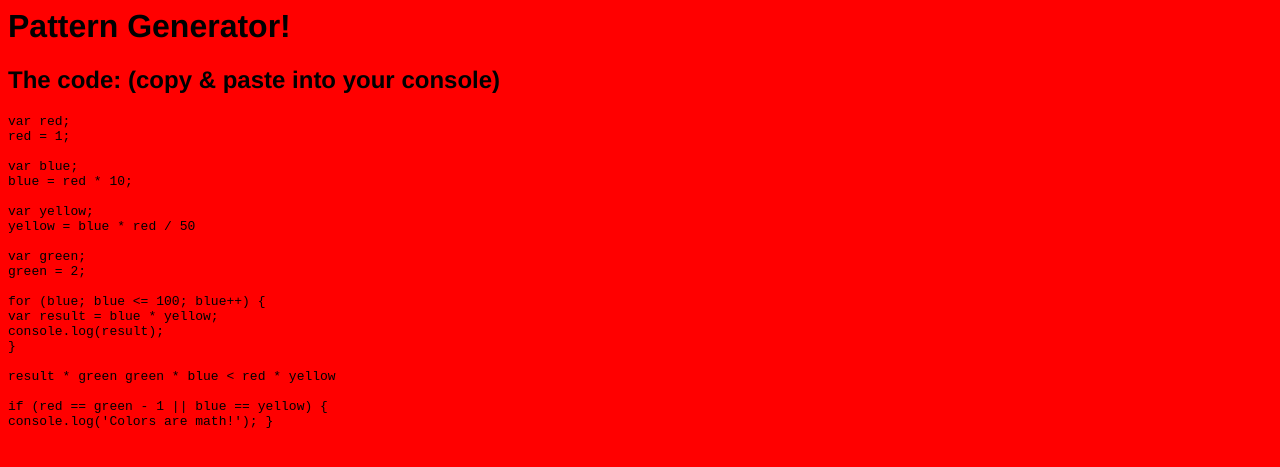
Repository: simonekurtz/simonekurtz.github.io
Page: 4ASGN_JAVA1/index.html
The author's editor kept a record of every edit. The page is drawn from the files as they stood at one moment, then again after the next edit.
The browser window is 1280 px wide. The pictures show the whole page.

Above is the page before.

After the next edit:
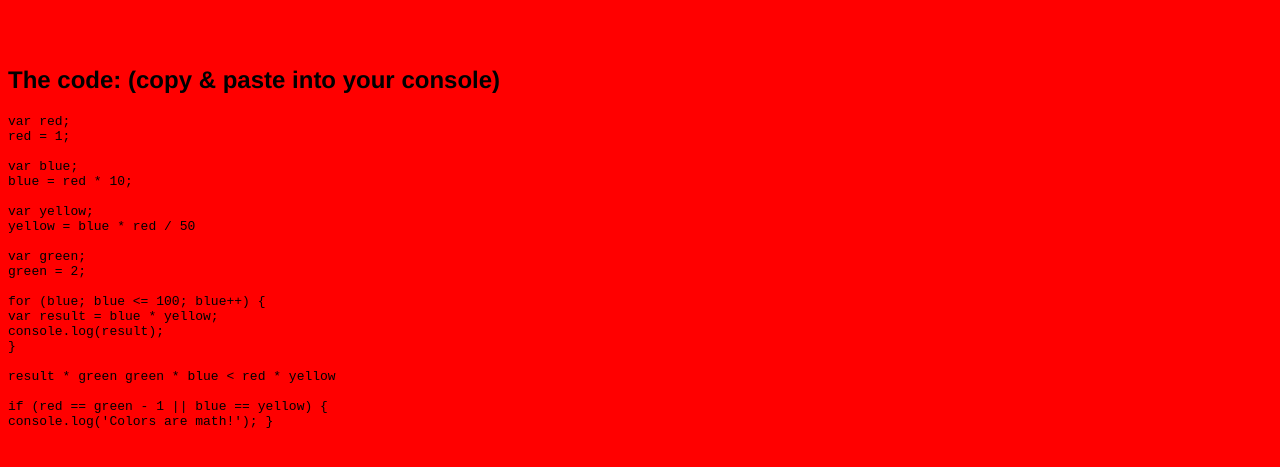
The edit:
--- a/styles.css
+++ b/styles.css
@@ -4,6 +4,6 @@
     cursor: none;
 }
 
-.header {
-
+h1 {
+    color: red;
 }
